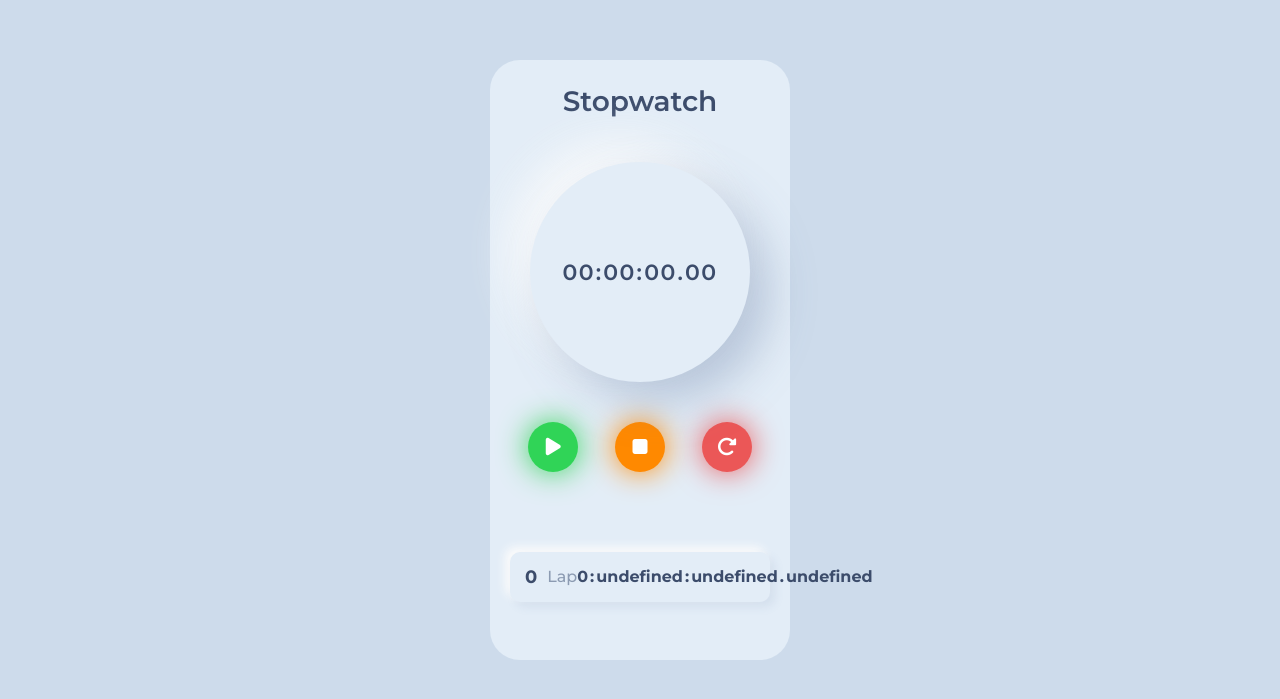
Repository: dinhtri123/stopwatch
Page: index.html
The author's editor kept a copy of each file at every save. The page is drawn from the files as they stood at one save, then again after a run of saves.
The browser window is 1280 px wide. The pictures show the whole page.
After loading, the first visible `button.btn-reset` was clicked once.

Above is the page before, as saved 2023-01-05 15:27:10.

### index.html
<!DOCTYPE html>
<html lang="en">
  <head>
    <meta charset="UTF-8" />
    <meta http-equiv="X-UA-Compatible" content="IE=edge" />
    <meta name="viewport" content="width=device-width, initial-scale=1.0" />
    <link
      rel="stylesheet"
      href="https://cdnjs.cloudflare.com/ajax/libs/font-awesome/6.2.1/css/all.min.css"
    />
    <title>Stop Watch</title>
    <link rel="stylesheet" href="style.css" />
  </head>
  <body>
    <div class="wrapper">
      <h3>Stopwatch</h3>
      <div class="timer">
        <div class="effects"></div>
        <p class="hours">00</p>
        <span>:</span>
        <p class="minutes">00</p>
        <span>:</span>
        <p class="seconds">00</p>
        <span>.</span>
        <p class="milis">00</p>
      </div>
      <div class="btn">
        <button class="btn-start">
          <i class="fa-solid fa-play start"></i>
        </button>
        <button class="btn-stop" disabled>
          <i class="fa-solid fa-stop stop"></i>
        </button>
        <button class="btn-reset">
          <i class="fa-solid fa-rotate-right reset"></i>
        </button>
      </div>
      <div class="history">
        <!-- <div class="lap">
          <div class="number-lap">
            <p>1</p>
            <span>Lap</span>
          </div>
          <div class="timer-lap">
            <p>01</p>
            <span>:</span>
            <p>00</p>
            <span>:</span>
            <p>00</p>
          </div>
        </div> -->
      </div>
    </div>
  </body>
  <script src="index.js"></script>
</html>

### style.css
@import url("https://fonts.googleapis.com/css2?family=Montserrat:wght@400;500;600;700&display=swap");
* {
  margin: 0;
  padding: 0;
  box-sizing: border-box;
  font-family: "Montserrat", sans-serif;
}
body {
  width: 100%;
  min-height: 100vh;
  height: 100%;
  font-size: 16px;
  line-height: 1.5;
  font-weight: 400;
  background-color: #cddbeb;
  display: flex;
  justify-content: center;
  align-items: center;
}
.wrapper {
  width: 300px;
  height: 600px;
  border-radius: 30px;
  background: #e3edf7;
  padding: 20px;
  display: flex;
  flex-direction: column;
  justify-content: flex-start;
  align-items: center;
  gap: 40px;
}
h3 {
  font-size: 28px;
  color: #3c4c6b;
  text-align: center;
  font-weight: 600;
}
.timer {
  background-color: #e3edf7;
  width: 220px;
  height: 220px;
  border-radius: 50%;
  display: flex;
  justify-content: center;
  align-items: center;
  gap: 3px;
  box-shadow: 20px 20px 45px #6a80a85d, -20px -20px 45px #fbfbfbd9;
  font-size: 22px;
  font-weight: 600;
  color: #3c4c6b;
  letter-spacing: 1.5px;
  position: relative;
}
.timer > p {
  width: 28px;
  display: flex;
  justify-content: center;
  align-items: center;
}
.effects {
  position: absolute;
  inset: 0;
  width: 220px;
  height: 220px;
  border-radius: 50%;
  border-top: 3px solid #6a80a899;
  border-right: 3px solid transparent;
  animation: during 1s linear infinite;
  display: none;
}
.effects:before {
  content: "";
  position: absolute;
  top: 29px;
  right: 22px;
  width: 10px;
  height: 10px;
  border-radius: 50%;
  background-color: #3c4c6bb7;
  box-shadow: 0px 0px 10px #3c4c6b;
}
@keyframes during {
  to {
    transform: rotate(360deg);
  }
}

.btn {
  width: 100%;
  display: flex;
  justify-content: space-around;
}
button {
  background-color: #e3edf7;
  border: none;
  outline: none;
  border-radius: 50%;
  width: 50px;
  height: 50px;
  font-weight: 700;
  color: #3c4c6b;
  cursor: pointer;
  font-size: 20px;
  display: flex;
  justify-content: center;
  align-items: center;
  color: white;
}
.btn-start {
  background: #30d457;
  /* box-shadow: 5px 5px 10px #30d4569d, -5px -5px 10px #fbfbfb; */
  box-shadow: 0px 0px 30px #30d456fd;
}
.btn-stop {
  background: #ff8900;
  /* box-shadow: 5px 5px 10px #ff8900, -5px -5px 10px #fbfbfb; */
  box-shadow: 0px 0px 30px #ff8900;
  cursor: not-allowed;
}
.btn-reset {
  background-color: #eb5757;
  /* box-shadow: 5px 5px 10px #eb5757, -5px -5px 10px #fbfbfb; */

  box-shadow: 0px 0px 30px #eb5757;
}

.history {
  width: 100%;
  display: flex;
  flex-direction: column;
  gap: 20px;
}
.lap {
  width: 100%;
  height: 50px;
  background-color: #e3edf7;
  border-radius: 10px;
  box-shadow: 5px 5px 10px #6a80a81e, -5px -5px 10px #fbfbfb;
  display: flex;
  justify-content: space-between;
  align-items: center;
  padding: 10px 15px;
}
.number-lap {
  display: flex;
  align-items: center;
  gap: 10px;
}
.number-lap > p {
  font-size: 18px;
  font-weight: 700;
  color: #3c4c6b;
}
.number-lap > span {
  font-weight: 500;
  color: #8c9bb2;
}
.timer-lap {
  display: flex;
  gap: 2px;
  color: #3c4c6b;
  font-weight: 700;
  letter-spacing: 1.5;
}

.btn-disabled {
  cursor: not-allowed;
}
.btn-enabled {
  cursor: pointer;
}

### index.js
const btnStart = document.querySelector(".btn-start");
const btnStop = document.querySelector(".btn-stop");
const btnReset = document.querySelector(".btn-reset");

const miliseconds = document.querySelector(".milis");
const seconds = document.querySelector(".seconds");
const minutes = document.querySelector(".minutes");
const hours = document.querySelector(".hours");

const iconStart = document.querySelector(".start");
const iconStop = document.querySelector(".stop");
const iconReset = document.querySelector(".reset");

const effects = document.querySelector(".effects");

let interval;
let milis = 0;
let sec = 0;
let min = 0;
let hrs = 0;

btnStart.addEventListener("click", function () {
  effects.style.display = "block";
  effects.style.animationPlayState = "running";

  interval = setInterval(() => {
    milis++;
    let timerMilis = milis < 10 ? "0" + milis : milis;
    miliseconds.textContent = timerMilis > 99 ? (milis = "0" + 0) : timerMilis;
    if (timerMilis === 100) {
      sec++;
      let timer = sec < 10 ? "0" + sec : sec;
      seconds.textContent = timer > 59 ? (sec = "0" + 0) : timer;
      if (timer === 60) {
        min++;
        let timerMin = min < 10 ? "0" + min : min;
        if (min === 60) {
          hrs++;
          hours.textContent = hrs < 10 ? "0" + hrs : hrs;
        }
        minutes.textContent = timerMin > 59 ? (min = "0" + 0) : timerMin;
      }
    }
  }, 10);

  if (iconStart.className.includes("fa-play")) {
    iconStart.className = iconStart.className.replace("fa-play", "fa-pause");
    this.disabled = true;
    this.classList.add("btn-disabled");
    btnStop.classList.add("btn-enabled");
    btnStop.disabled = false;
  } else {
    iconStart.className = iconStart.className.replace("fa-pause", "fa-play");
  }
});

btnStop.addEventListener("click", function () {
  effects.style.animationPlayState = "paused";
  btnStart.disabled = false;
  btnStart.classList.remove("btn-disabled");
  this.disabled = true;
  this.classList.remove("btn-enabled");
  iconStart.className = iconStart.className.replace("fa-pause", "fa-play");
  clearInterval(interval);
});

let storageTimer = [];
btnReset.addEventListener("click", function () {
  let storeValues = { hrs, min, sec, milis };
  storageTimer.push(storeValues);

  localStorage.setItem("timer", JSON.stringify(storageTimer));
  console.log(storageTimer);
  effects.style.display = "none";
  miliseconds.textContent = "00";
  seconds.textContent = "00";
  minutes.textContent = "00";
  hours.textContent = "00";
  btnStart.disabled = false;
  btnStart.classList.remove("btn-disabled");
  btnStop.disabled = true;
  btnStop.classList.remove("btn-enabled");
  iconStart.className = iconStart.className.replace("fa-pause", "fa-play");
  clearInterval(interval);
  milis = 0;
  sec = 0;
  min = 0;
  hrs = 0;

  const history = document.querySelector(".history");
  const getTimerStorage = JSON.parse(localStorage.getItem("timer"));
  for (let i = 0; i < getTimerStorage.length; i++) {
    const template = `<div class="lap">
    <div class="number-lap">
      <p>${i}</p>
      <span>Lap</span>
    </div>
    <div class="timer-lap">
      <p>${getTimerStorage[i]["hrs"]}</p>
      <span>:</span>
      <p>${getTimerStorage[i][1]}</p>
      <span>:</span>
      <p>${getTimerStorage[i][2]}</p>
      <span>.</span>
      <p>${getTimerStorage[i][3]}</p>
    </div>
  </div>`;
    history.insertAdjacentHTML("afterend", template);
  }
});

After the next 5 saves:
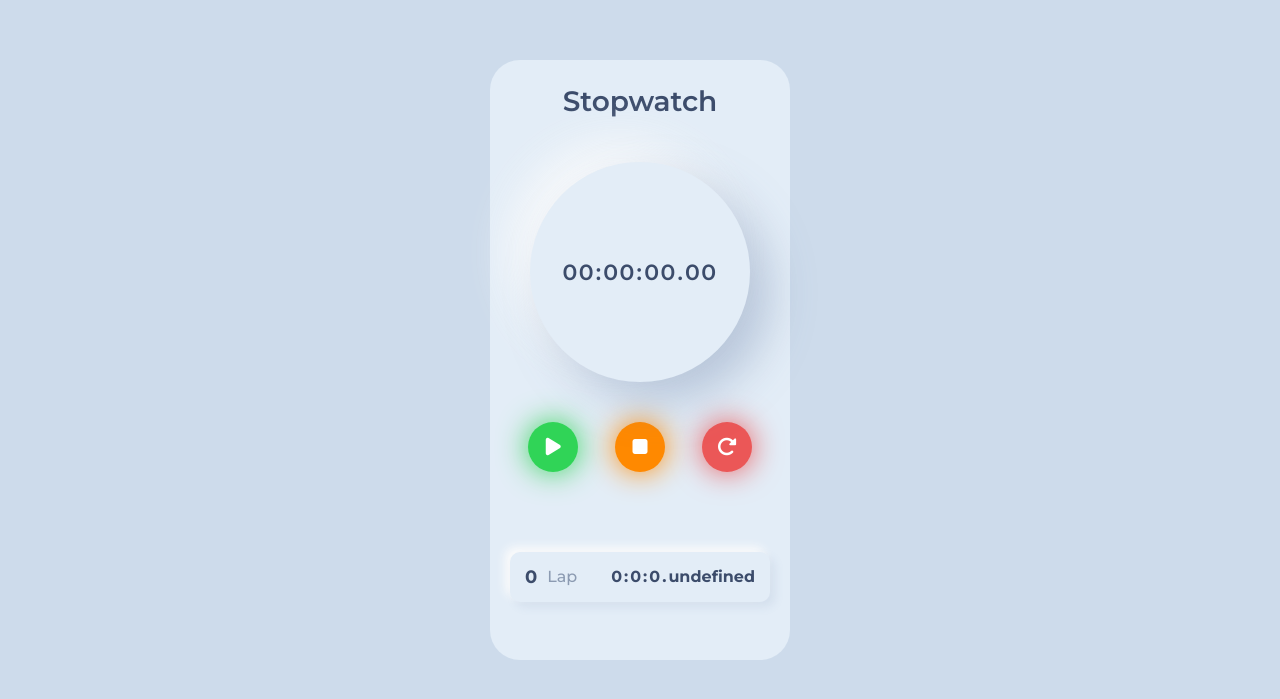
The 5 saves are shown as one change because they came seconds apart.
The last was saved 17 s later.
--- a/index.js
+++ b/index.js
@@ -98,9 +98,9 @@ btnReset.addEventListener("click", function () {
     <div class="timer-lap">
       <p>${getTimerStorage[i]["hrs"]}</p>
       <span>:</span>
-      <p>${getTimerStorage[i][1]}</p>
+      <p>${getTimerStorage[i]["min"]}</p>
       <span>:</span>
-      <p>${getTimerStorage[i][2]}</p>
+      <p>${getTimerStorage[i]["sec"]}</p>
       <span>.</span>
       <p>${getTimerStorage[i][3]}</p>
     </div>
